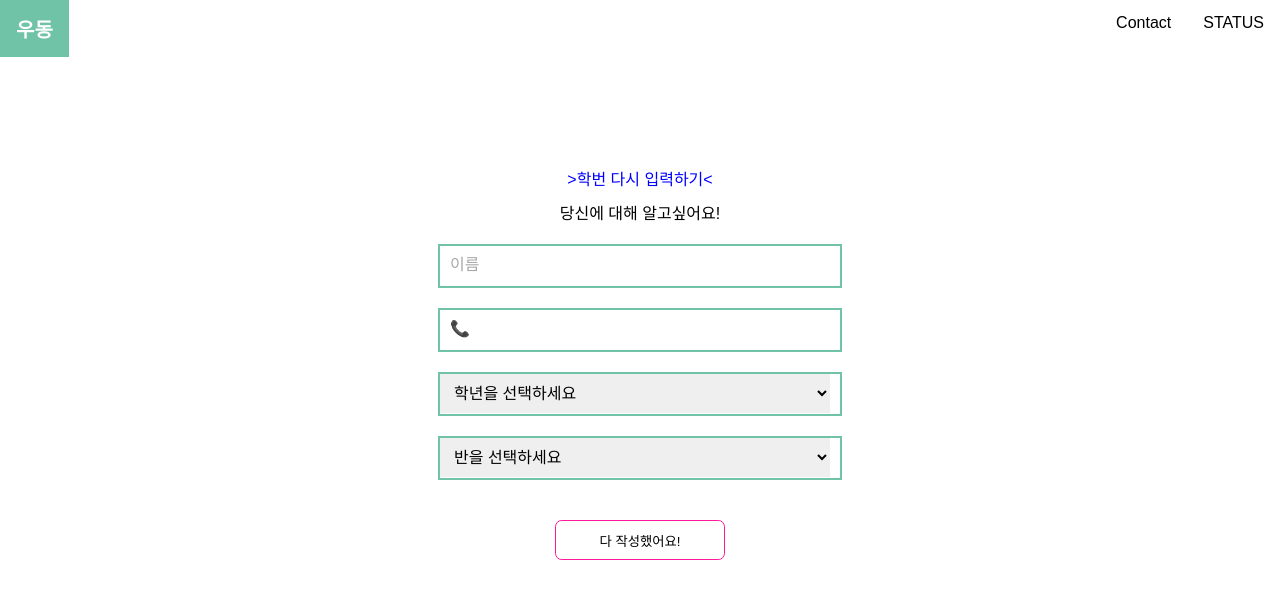
Repository: charmingjae/circles
Page: http://localhost/circles/root/login.jsp
The author's editor kept a copy of each file at every save. The page is drawn from the files as they stood at one save, then again after the next save.
The browser window is 1280 px wide. The pictures show the whole page.
Some web fonts or font styles are not loaded; a fallback is used. The page is served by Tomcat 9. Other server files are loaded and not shown.

Above is the page before, as saved 2020-07-09 15:43:50.

### circles/WebContent/root/login.jsp
<%@ page language="java" contentType="text/html; charset=UTF-8"
    pageEncoding="UTF-8"%>
<!DOCTYPE html>
<html>
<head>
	<meta charset="UTF-8">
	<title>MOJUK</title>

	<!-- Link login.css -->
	<link href="../css/login.css" rel="stylesheet" type="text/css">

</head>
<body>
	<!-- include header -->
	<%@include file ="../navbar/navbar.jsp" %>

	<!--
	2020. 07. 08.
	writer : minjae
	-->
	<form action="chkInterest.jsp" class="container" method="post" name="frmInfo">
		<div class="container">
			<span id="showRetIndex" onClick="javascript:location.href='index.jsp'" style="cursor:hand" onfocus="blur();"> >학번 다시 입력하기< </span>
			<span id="showEtc"> 당신에 대해 알고싶어요!</span>
			<div class="main">
				<input type="text" placeholder="이름">
			</div>
			<div class="main">
				<input type="text" onkeyup="inputPhoneNumber(this)" class="phoneNum" maxlength="13" placeholder="📞">
			</div>
			<div class="main">
				<select name=class>
					<option value="" disabled selected>학년을 선택하세요</option>
					<option value=1>1
					<option value=2>2
					<option value=3>3
				</select>
			</div>
			<div class="main">
				<select name=class>
					<option value="" disabled selected>반을 선택하세요</option>
					<option value="A">A
					<option value="B">B
					<option value="C">C
				</select>
			</div>

			<div class="subBtn">
				<button type="submit">다 작성했어요!</button>
			</div>
		</div>
	</form>

</body>
</html>

### circles/WebContent/navbar/navbar.jsp
<%@ page language="java" contentType="text/html; charset=UTF-8"
    pageEncoding="UTF-8"%>
<!DOCTYPE html>
<html>
<head>
<meta charset="UTF-8">
<title></title>

	<!-- Link navbar.css -->
	<link href="../css/navbar.css" rel="stylesheet" type="text/css">
</head>
	<%
		String getSession = (String)session.getAttribute("userID");
	%>
<body>
	<ul id="main-menu">
		<li class="headName" id="main-menu1"><a href="../root/index.jsp" class="headName">우동</a></li>
		<%
			if((getSession != null) && (getSession.isEmpty() == false)){
				%>
				<li style="float:right" id="main-menu2"><a class="active" href="../root/admPg.jsp"><%=getSession %>님 환영합니다.</a>
					<ul id="sub-menu">
						<li><a class="subAct" href="../mojuk/member.jsp">🍀동아리원🍀</a></li>
						<li><a class="subAct" href="../proc/logout.jsp">로그아웃</a></li>
					</ul>
				</li>
				<%
			}
			else{

				%>
				<li style="float:right"><a class="active" href="../root/status.jsp">STATUS</a></li>
				<%
			}
		%>
		<li style="float:right"><a class="active" href="../root/contact.jsp">Contact</a></li>
	</ul>
</body>
</html>

### circles/WebContent/css/login.css
@charset "UTF-8";


@import url(https://cdn.jsdelivr.net/gh/moonspam/NanumSquare@1.0/nanumsquare.css);

body {
    font-family: 'NanumSquare', sans-serif;
}

/* Chrome, iex, fire-fox Settings */
input:-ms-input-placeholder {color:#a8a8a8;}
input::-webkit-input-placeholder{color:#a8a8a8;}
input::-moz-placeholder{columns: #a8a8a8;}

/* Head Comment */
/* 나중에 px단위를 가변 단위로 바꿀 수 있으면 좋겠다. :-) */

html,body{
	height: 100%;
}

body{
	display:table-cell;
	margin: 0 auto;
	background-color: #ffffff;
}

/* .container{
	height: 100%;
	display: table-cell;
	vertical-align: middle;
	text-align:center;
	background-color: #ffffff;
} */

.container{
	position:absolute;
	left:50%;
	top:50%;
	transform: translate(-50%, -50%);
	vertical-align: middle;
	text-align:center;
}


/* login 관련 css */
#showLogin{
	font-size: 60px;
	font-weight: bold;
	display:block;
}


/* 학번 입력 div Settings */
div .main{
    height:40px;
    width: 400px;
    border: 2px solid #70c3a7;
    background: #ffffff;
    margin-top: 20px;
}

input{
	font-size: 16px;
	width: 375px;
	padding: 10px;
	border: 0px;
	outline: none;
	float: left;
}

option[value=""][disabled]{
	display:none;
}

select{
	font-size: 16px;
	width: 390px;
	padding: 10px;
	border: 0px;
	outline: none;
	float: left;
}



/* Button div Settings */

div .subBtn{
	display:inline-block;
    height:40px;
    width: 170px;
    background: #ffffff;
    margin-top: 40px;
   	border-radius: 0.5em;
}

button{
	width: 100%;
	height: 100%;
	border: 1px solid #ff1999;
	background: #ffffff;
	outline: none;
	float: right;
	color: black;
	border-radius: 0.5em;
}

button:hover{
	color: #ffffff;
	background: #ff1999;
}

#showEtc{
	margin-top:10px;
	display:block;
}

#showRetIndex{
	color: blue;
	margin-top:10px;
	display:block;
}

### circles/WebContent/css/navbar.css
@charset "UTF-8";

@import url(https://cdn.jsdelivr.net/gh/moonspam/NanumSquare@1.0/nanumsquare.css);

body {
    font-family: 'NanumSquare', sans-serif;
}

ul{
	width:100%;
	list-style-type: none;
	margin: 0;
	padding: 0;
	background-color: #ffffff;
	position:fixed;
}

li {
	float:none;
}

a {

  display: inline-block;
  color: black;
  text-align: center;
  padding: 14px 16px;
  text-decoration: none;
}

/* Change the link color to #111 (black) on hover */
a:hover {
  background-color: #70c3a7;
  color:#ffffff;
}

li .headName{
	font-weight: bold;
}

#sub-menu{
	position:absolute;
	opacity: 0;
	visibility: hidden;
}

#main-menu1{
	font-size: 20px;
}

#main-menu1, #main-menu2{
	float:left;
}

#main-menu2:hover #sub-menu{
	opacity:1;
	visibility:visible;
}
.subAct{
	width:130px !important;
}

After the next save:
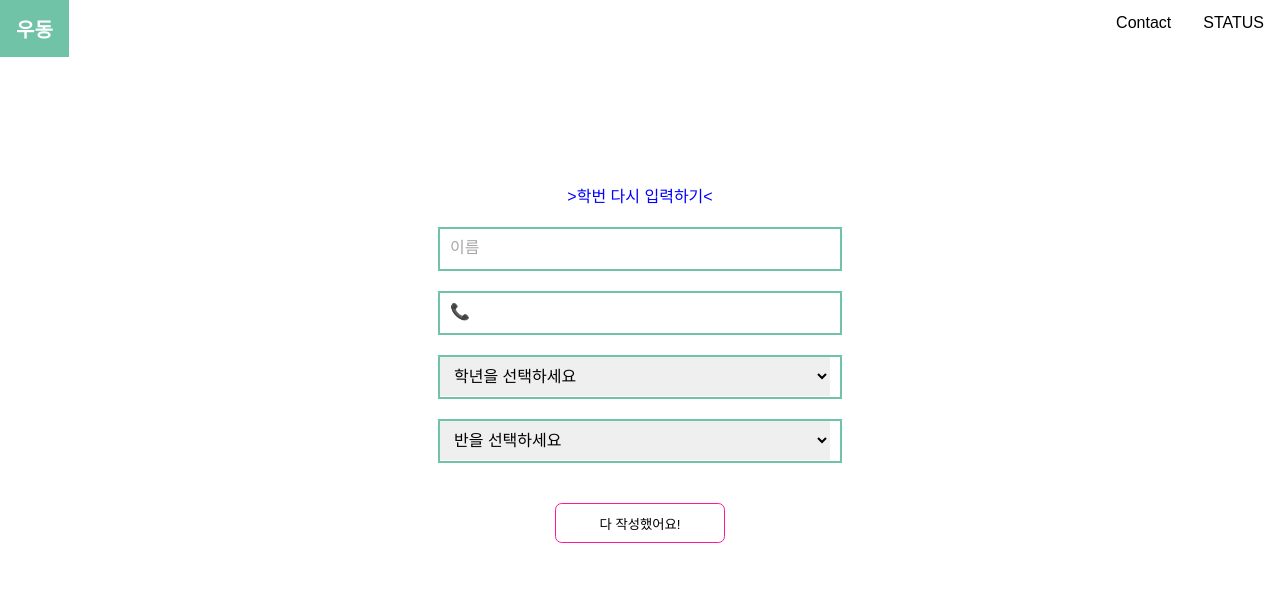
Saved 13 s later.
--- a/circles/WebContent/root/login.jsp
+++ b/circles/WebContent/root/login.jsp
@@ -21,7 +21,6 @@
 	<form action="chkInterest.jsp" class="container" method="post" name="frmInfo">
 		<div class="container">
 			<span id="showRetIndex" onClick="javascript:location.href='index.jsp'" style="cursor:hand" onfocus="blur();"> >학번 다시 입력하기< </span>
-			<span id="showEtc"> 당신에 대해 알고싶어요!</span>
 			<div class="main">
 				<input type="text" placeholder="이름">
 			</div>
